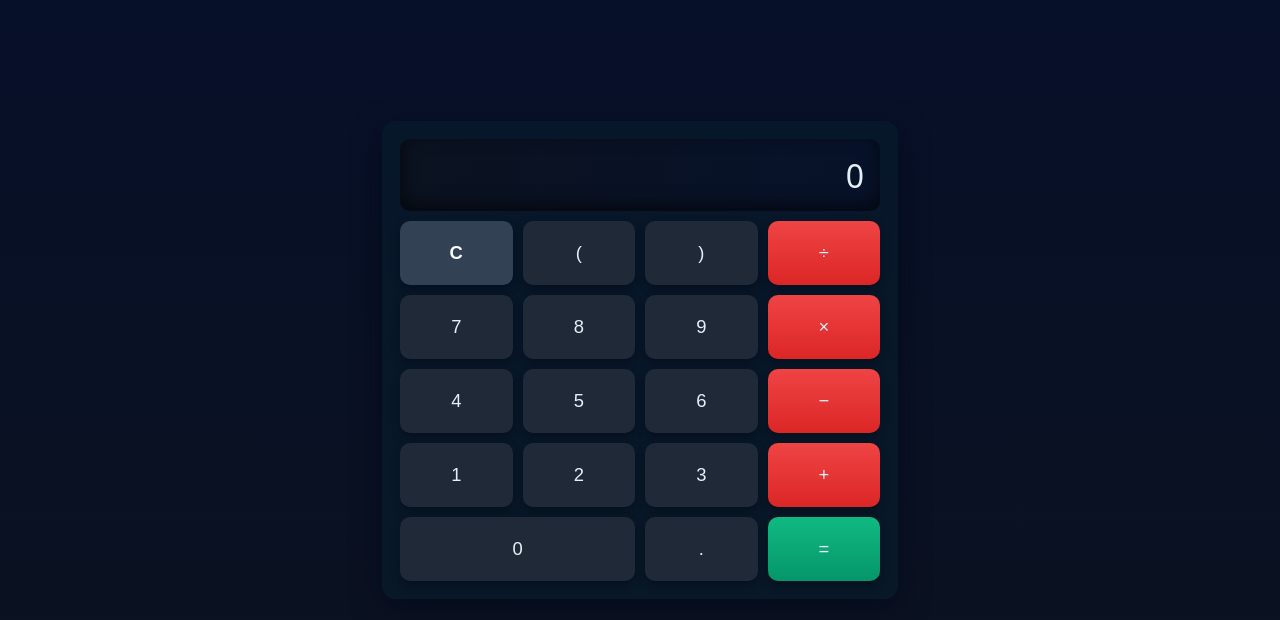
Repository: ShagunTomar2024/Frontend
Page: html/assignments/assignment2/index.html
The author's editor kept a copy of each file at every save. The page is drawn from the files as they stood at one save, then again after the next save.
The browser window is 1280 px wide. The pictures show the whole page.

Above is the page before, as saved 2025-09-10 11:28:10.

After the next save:
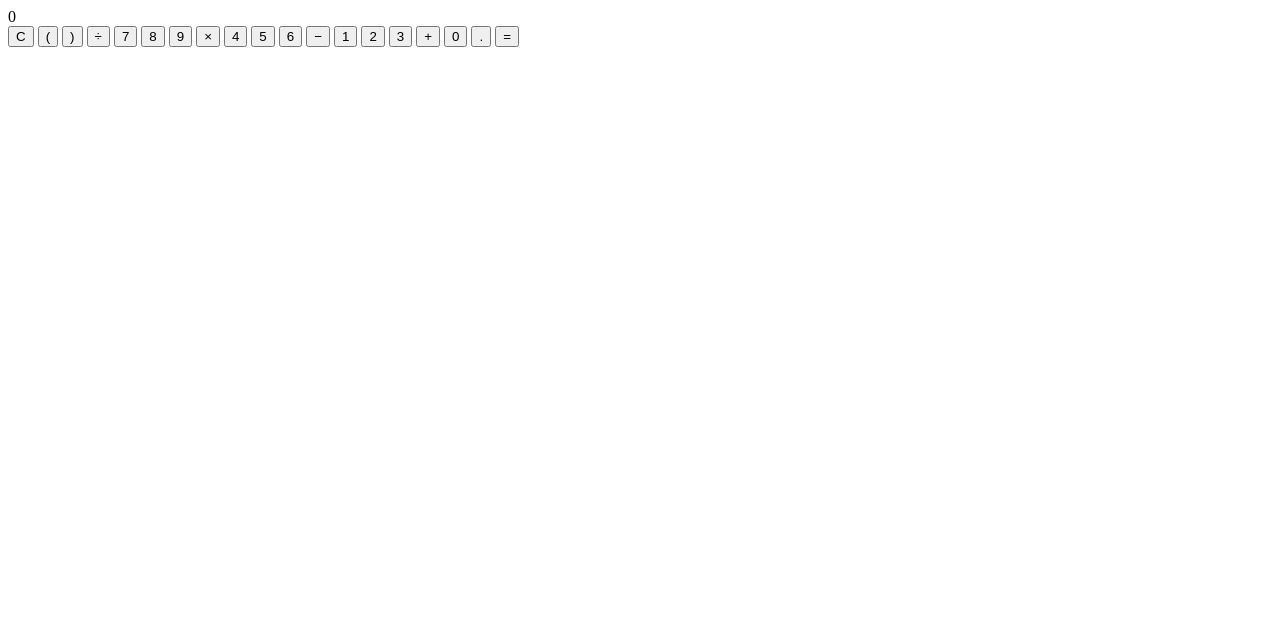
Saved 7 s later.
--- a/html/assignments/assignment2/index.html
+++ b/html/assignments/assignment2/index.html
@@ -4,7 +4,7 @@
 <meta charset="utf-8" />
 <meta name="viewport" content="width=device-width,initial-scale=1" />
 <title>Grid Calculator UI (Demo)</title>
-<!----> <style>
+<!--<style>
  :root{
     --bg:#0f172a; --panel:#0b1220; --accent:#10b981; --muted:#94a3b8;
     --btn:#1f2937; --btn-op:#ef4444; --gap:10px;
@@ -63,7 +63,7 @@
 
   /* small visual tweaks for clarity */
   .btn.clear { background: #334155; color: #f8fafc; font-weight:600; }
-</style>
+</style> -->
 </head>
 <body>
 

After the save that followed:
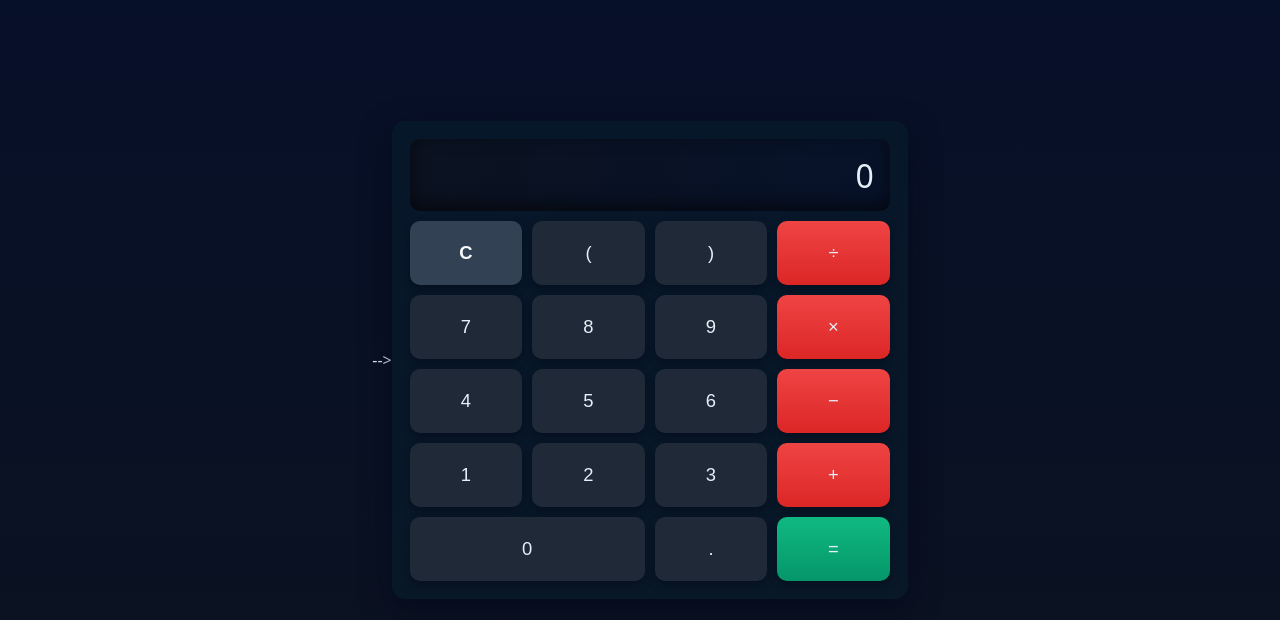
Saved 4 min 48 s later.
--- a/html/assignments/assignment2/index.html
+++ b/html/assignments/assignment2/index.html
@@ -4,7 +4,7 @@
 <meta charset="utf-8" />
 <meta name="viewport" content="width=device-width,initial-scale=1" />
 <title>Grid Calculator UI (Demo)</title>
-<!--<style>
+<style>
  :root{
     --bg:#0f172a; --panel:#0b1220; --accent:#10b981; --muted:#94a3b8;
     --btn:#1f2937; --btn-op:#ef4444; --gap:10px;
